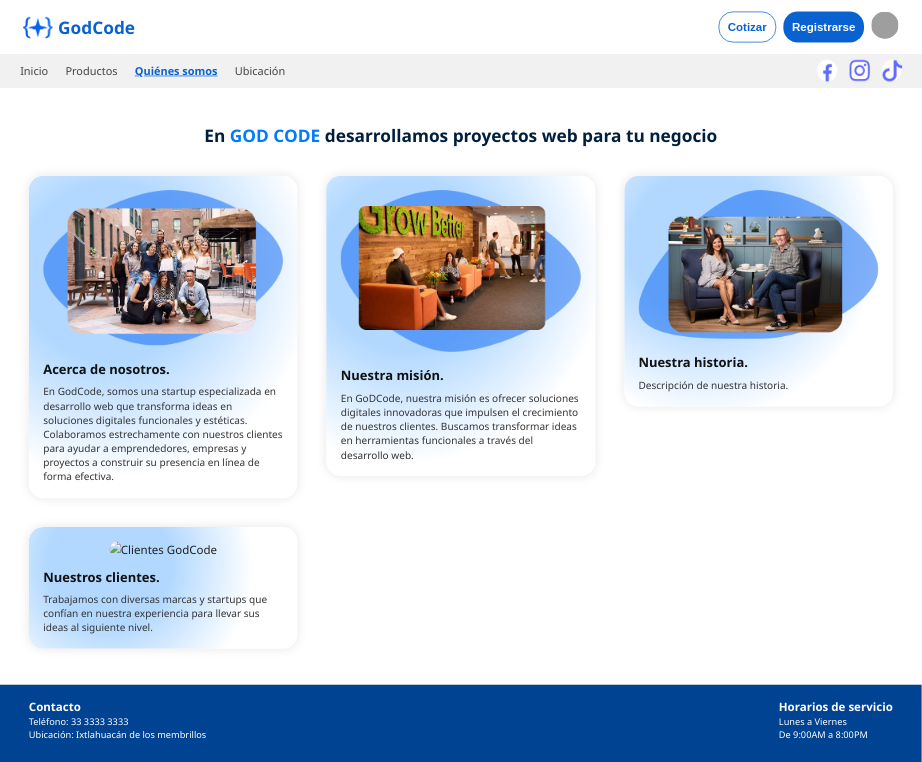
Repository: deDios/God-Code
Page: http://localhost/VIEW/Nosotros.php
An editor plug-in stored every save of this project. The page is shown before and after the next save, followed by the edit.
The browser window is 1280 px wide. The pictures show the whole page, at 72% of full size.
Pictures or frames that could not be fetched are drawn as grey boxes. The page is run by PHP 8.4 with error messages shown; the project is at /var/www/html/.

Above is the page before, as saved 2025-06-08 11:10:06.
Console error: TypeError: Cannot set properties of null (setting 'innerHTML')
Not found: VIEW/tu-imagen-4.jpg

After the next save:
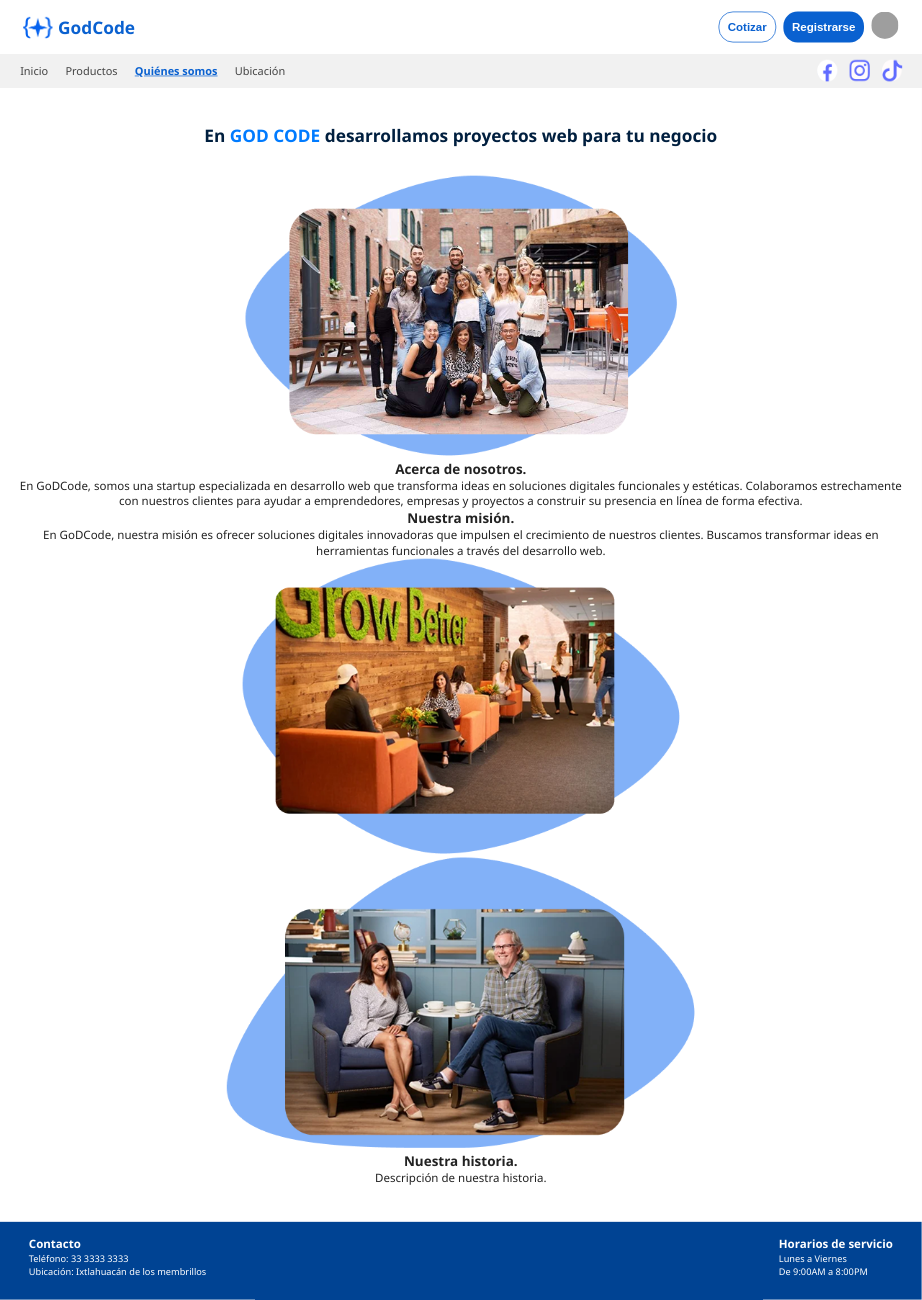
Saved 5 min 34 s later.
--- a/VIEW/Nosotros.php
+++ b/VIEW/Nosotros.php
@@ -76,49 +76,40 @@
         <section class="nosotros">
             <h2 class="nosotros-titulo">En <span>GOD CODE</span> desarrollamos proyectos web para tu negocio</h2>
 
-            <div class="nosotros-grid">
-                <div class="nosotros-card">
-                    <div class="nosotros-fondo"></div>
-                    <img src="../ASSETS/Nosotros/seccion1_img1.png" alt="Equipo de trabajo" />
-                    <div class="nosotros-texto">
-                        <h3>Acerca de nosotros.</h3>
-                        <p>En GodCode, somos una startup especializada en desarrollo web que transforma ideas en
-                            soluciones digitales funcionales y estéticas. Colaboramos estrechamente con nuestros
-                            clientes para ayudar a emprendedores, empresas y proyectos a construir su presencia en línea
-                            de forma efectiva.</p>
-                    </div>
-                </div>
-
-                <div class="nosotros-card">
-                    <div class="nosotros-fondo"></div>
-                    <img src="../ASSETS/Nosotros/seccion1_img2.png" alt="Misión GodCode" />
-                    <div class="nosotros-texto">
-                        <h3>Nuestra misión.</h3>
-                        <p>En GoDCode, nuestra misión es ofrecer soluciones digitales innovadoras que impulsen el
-                            crecimiento de nuestros clientes. Buscamos transformar ideas en herramientas funcionales a
-                            través del desarrollo web.</p>
-                    </div>
-                </div>
-
-                <div class="nosotros-card">
-                    <div class="nosotros-fondo"></div>
-                    <img src="../ASSETS/Nosotros/seccion1_img3.png" alt="Historia GodCode" />
-                    <div class="nosotros-texto">
-                        <h3>Nuestra historia.</h3>
-                        <p>Descripción de nuestra historia.</p>
-                    </div>
-                </div>
-
-                <div class="nosotros-card">
-                    <div class="nosotros-fondo"></div>
-                    <img src="tu-imagen-4.jpg" alt="Clientes GodCode" />
-                    <div class="nosotros-texto">
-                        <h3>Nuestros clientes.</h3>
-                        <p>Trabajamos con diversas marcas y startups que confían en nuestra experiencia para llevar sus
-                            ideas al siguiente nivel.</p>
-                    </div>
+            <!-- Acerca de nosotros -->
+            <div class="bloque-nosotros fila normal">
+                <div class="decoracion"></div>
+                <img src="../ASSETS/Nosotros/seccion1_img1.png" alt="Acerca de nosotros" class="imagen-nosotros">
+                <div class="texto-nosotros">
+                    <h3>Acerca de nosotros.</h3>
+                    <p>En GoDCode, somos una startup especializada en desarrollo web que transforma ideas en soluciones
+                        digitales funcionales y estéticas. Colaboramos estrechamente con nuestros clientes para ayudar a
+                        emprendedores, empresas y proyectos a construir su presencia en línea de forma efectiva.</p>
                 </div>
             </div>
+
+            <!-- Nuestra misión -->
+            <div class="bloque-nosotros fila invertida">
+                <div class="decoracion"></div>
+                <div class="texto-nosotros">
+                    <h3>Nuestra misión.</h3>
+                    <p>En GoDCode, nuestra misión es ofrecer soluciones digitales innovadoras que impulsen el
+                        crecimiento de nuestros clientes. Buscamos transformar ideas en herramientas funcionales a
+                        través del desarrollo web.</p>
+                </div>
+                <img src="../ASSETS/Nosotros/seccion1_img2.png" alt="Nuestra misión" class="imagen-nosotros">
+            </div>
+
+            <!-- Nuestra historia -->
+            <div class="bloque-nosotros fila normal">
+                <div class="decoracion"></div>
+                <img src="../ASSETS/Nosotros/seccion1_img3.png" alt="Nuestra historia" class="imagen-nosotros">
+                <div class="texto-nosotros">
+                    <h3>Nuestra historia.</h3>
+                    <p>Descripción de nuestra historia.</p>
+                </div>
+            </div>
+
         </section>
 
     </main>
